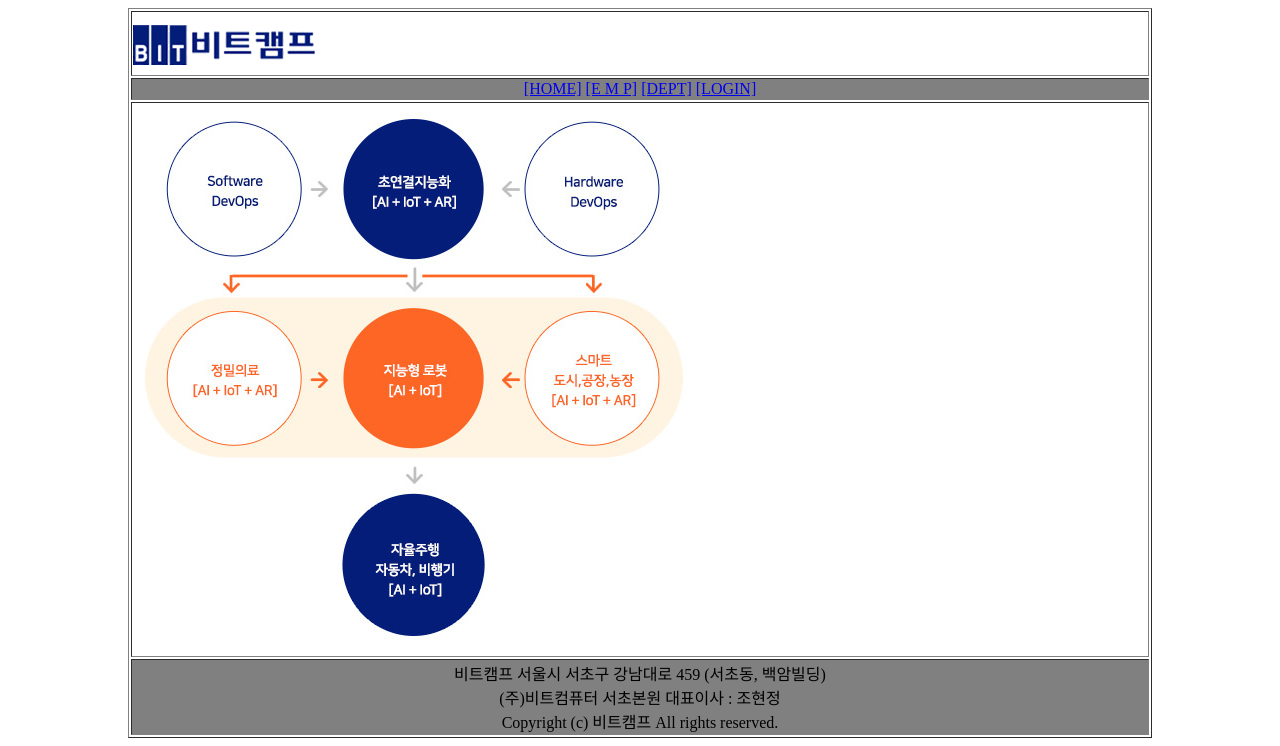
Repository: Deepsky110/LectureNotes
Page: http://localhost/web06/add.jsp
These files come from the project's save history. The page is drawn as it stood at one moment and after the next save; the edit follows.
The browser window is 1280 px wide. The pictures show the whole page.
The page is served by Tomcat 9.

Above is the page before, as saved 2020-07-06 05:24:03.

### web06/WebContent/add.jsp
<%@ page language="java" contentType="text/html; charset=EUC-KR"
    pageEncoding="EUC-KR"%>
<!DOCTYPE html PUBLIC "-//W3C//DTD HTML 4.01 Transitional//EN" "http://www.w3.org/TR/html4/loose.dtd">
<html>
<head>
<meta http-equiv="Content-Type" content="text/html; charset=EUC-KR">
<title>Insert title here</title>
</head>
<body>
	<table border="1" width ="1024" align="center">
		<tr>
			<td>
				<img alt="" src="/web06/img/logo.png">
			</td>
		</tr>
		<tr>
			<td bgcolor="gray" align="center">
				<a href="./">[HOME]</a>
				<a href="./list.jsp">[E M P]</a>
				<a href="#">[DEPT]</a>
				<a href="#">[LOGIN]</a>
			</td>
		</tr>
		<tr>
			<td>
				<!-- content start -->
					<img alt="" src="img/img01.jpg">
				<!-- content end -->
			</td>
		</tr>
		<tr>
			<td bgcolor="gray" align="center">
			비트캠프 서울시 서초구 강남대로 459 (서초동, 백암빌딩)<br>
			(주)비트컴퓨터 서초본원 대표이사 : 조현정<br>
			Copyright (c) 비트캠프 All rights reserved.<br>
			</td>
		</tr>
	</table>
</body>
</html>

After the next save:
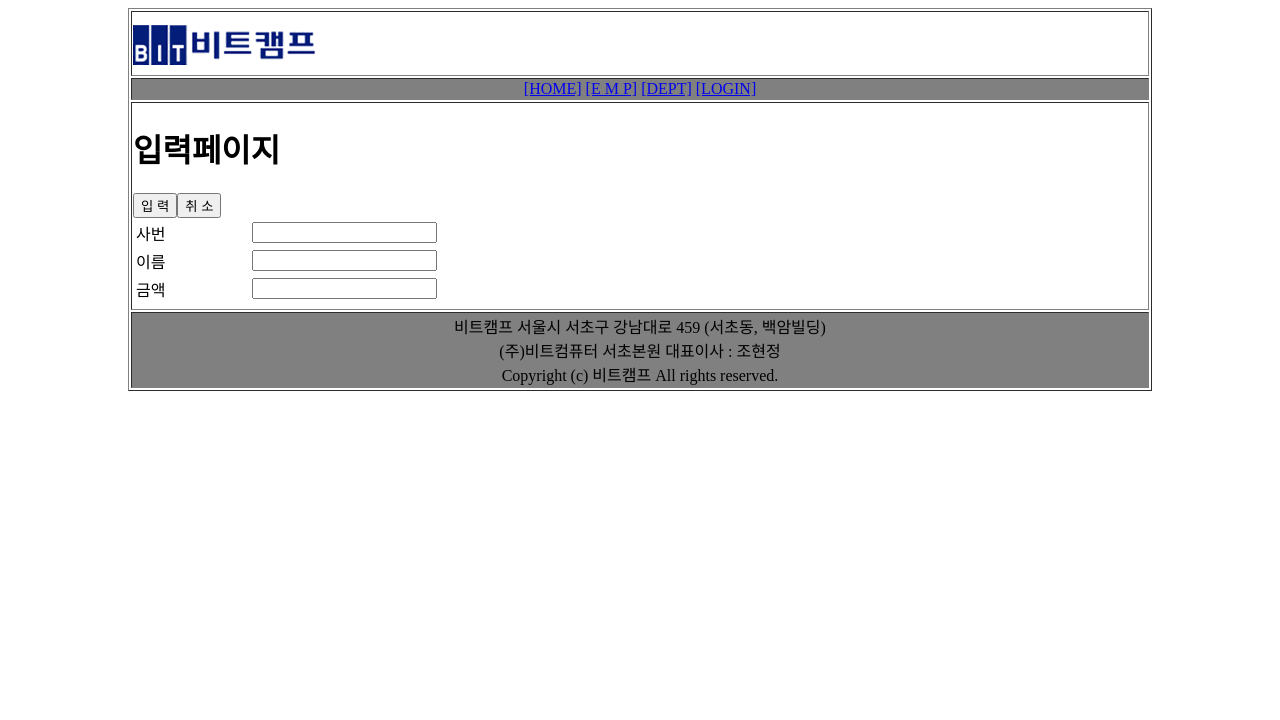
Saved 3 min 6 s later.
--- a/web06/WebContent/add.jsp
+++ b/web06/WebContent/add.jsp
@@ -24,7 +24,29 @@
 		<tr>
 			<td>
 				<!-- content start -->
-					<img alt="" src="img/img01.jpg">
+					<h1>입력페이지</h1>
+					<form action="">
+						<table width="800">
+							<tr>
+								<td>사번</td>
+								<td><input type="text" name="sabun"></td>
+							</tr>
+							<tr>
+								<td>이름</td>
+								<td><input type="text" name="name"></td>
+							</tr>
+							<tr>
+								<td>금액</td>
+								<td><input type="text" name="pay"></td>
+							</tr>
+							<tr>
+								<td colspan="2"></td>
+									<input type="submit" value="입 력">
+									<input type="reset" value="취 소">
+							</tr>
+
+						</table>
+					</form>
 				<!-- content end -->
 			</td>
 		</tr>
